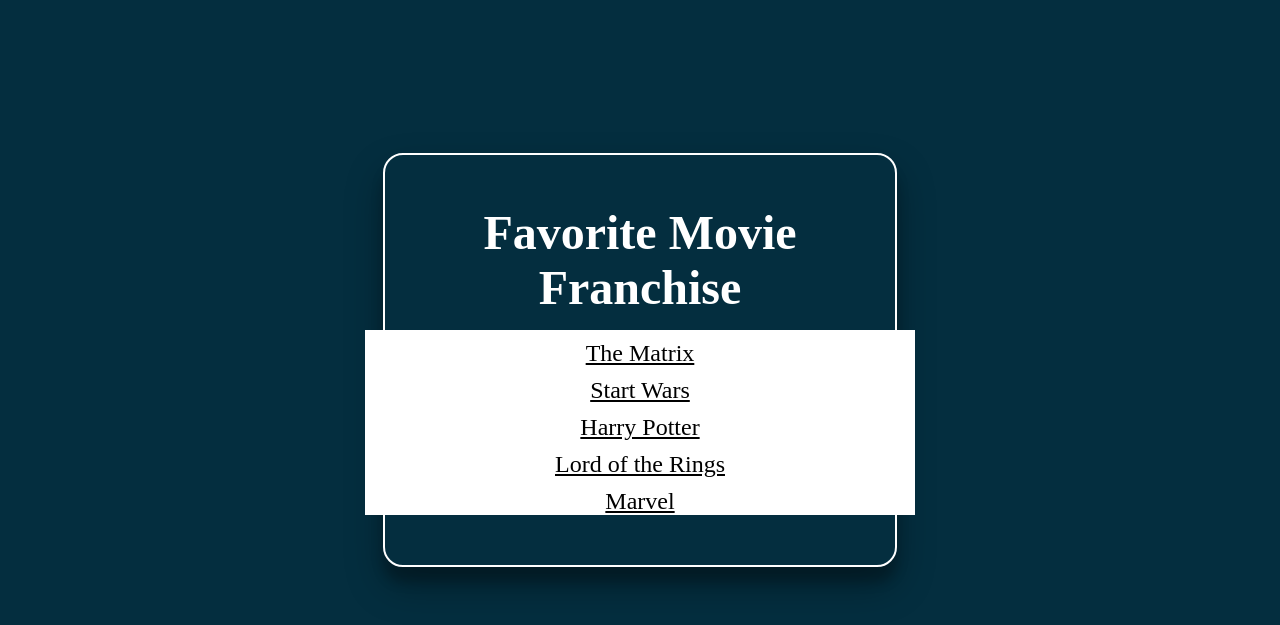
Repository: Ellisvelandia/DOM-Manipulation
Page: index.html
The author's editor kept a copy of each file at every save. The page is drawn from the files as they stood at one save, then again after the next save.
The browser window is 1280 px wide. The pictures show the whole page.

Above is the page before, as saved 2022-08-22 13:54:17.

### index.html
<!DOCTYPE html>
<html lang="en">
<head>
  <meta charset="UTF-8">
  <meta http-equiv="X-UA-Compatible" content="IE=edge">
  <meta name="viewport" content="width=device-width, initial-scale=1.0">
  <link rel="stylesheet" href="style.css">
  <title>Master DOM Manipulation</title>
</head>
<body>
  <div class="container">
    <h1 id="main-heading">Favorite Movie Franchise</h1>
    <ul>
      <li class="list-items">The Matrix</li>
      <li class="list-items">Start Wars</li>
      <li class="list-items">Harry Potter</li>
      <li class="list-items">Lord of the Rings</li>
      <li class="list-items">Marvel</li>
    </ul>

    <script src="app.js"></script>
  </div>
</body>
</html>

### style.css
* {
  padding: 0;
  margin: 0;
}

body {
  background-color: #042e3f;
  max-width: 100%;
  height: 100vh;
  display: flex;
  justify-content: center;
  align-items: center;
}

.container {
  display: flex;
  align-items: center;
  flex-direction: column;
  justify-content: center;
  border: 1px solid transparent;
  padding: 5px;
  border-radius: 20px;
  height: 400px;
  width: 500px;
  border: 2px solid #fff;
  box-shadow: rgba(0, 0, 0, 0.3) 0px 19px 38px,
    rgba(0, 0, 0, 0.22) 0px 15px 12px;
}

#main-heading {
  text-align: center;
  font-size: 3rem;
  font-weight: 600;
  color: #fff;
  margin-bottom: 15px;
}

.list-items {
  text-align: center;
  color: #000;
  font-size: 1.5rem;
  font-weight: 300;
  background-color: #fff;
  padding-top: 10px;
  text-decoration-line: underline;
  width: 550px;
}

ul {
  list-style: none;
}

### app.js
// DOM Manipulation

// GetElementById()

const title = document.getElementById("main-heading");

console.log(title);

// GetElementByClassName()

// const listItems = document.getElementsByClassName("list-items");

// console.log(listItems);

// getElementsByTagName()
const listItems = document.getElementsByTagName("li");

console.log(listItems);

// querySelector()

const container = document.querySelector("div");

console.log(container);
// querySelectorAll()

After the next save:
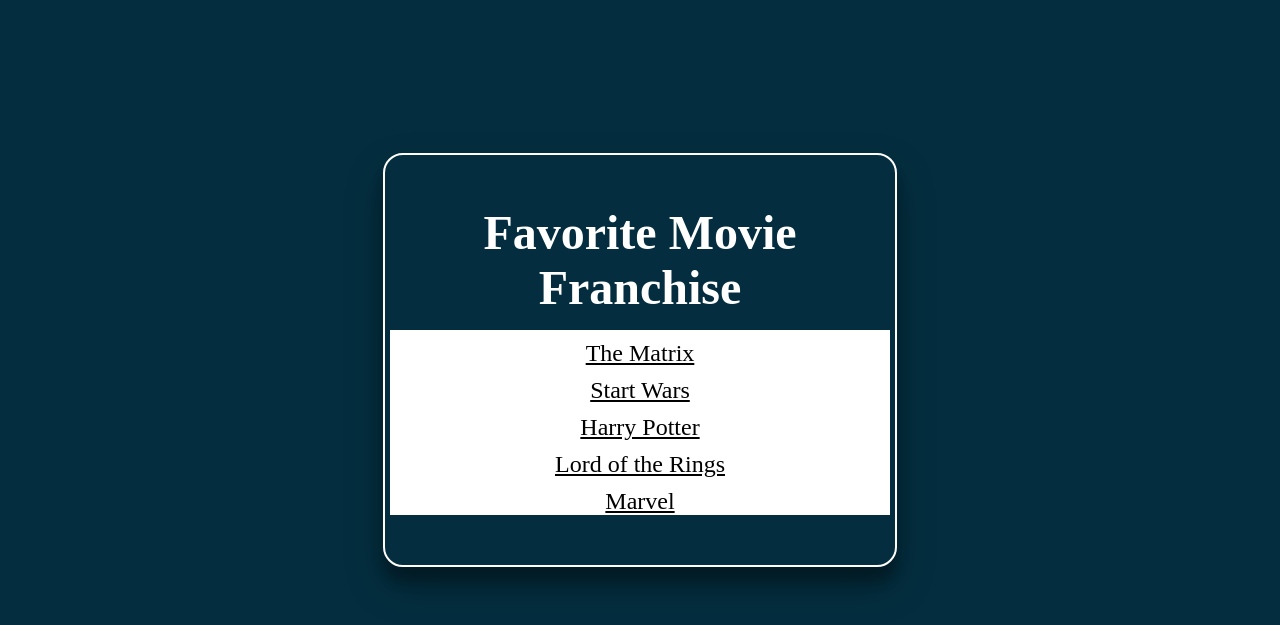
Saved 4 s later.
--- a/style.css
+++ b/style.css
@@ -43,7 +43,7 @@
   background-color: #fff;
   padding-top: 10px;
   text-decoration-line: underline;
-  width: 550px;
+  width: 500px;
 }
 
 ul {
